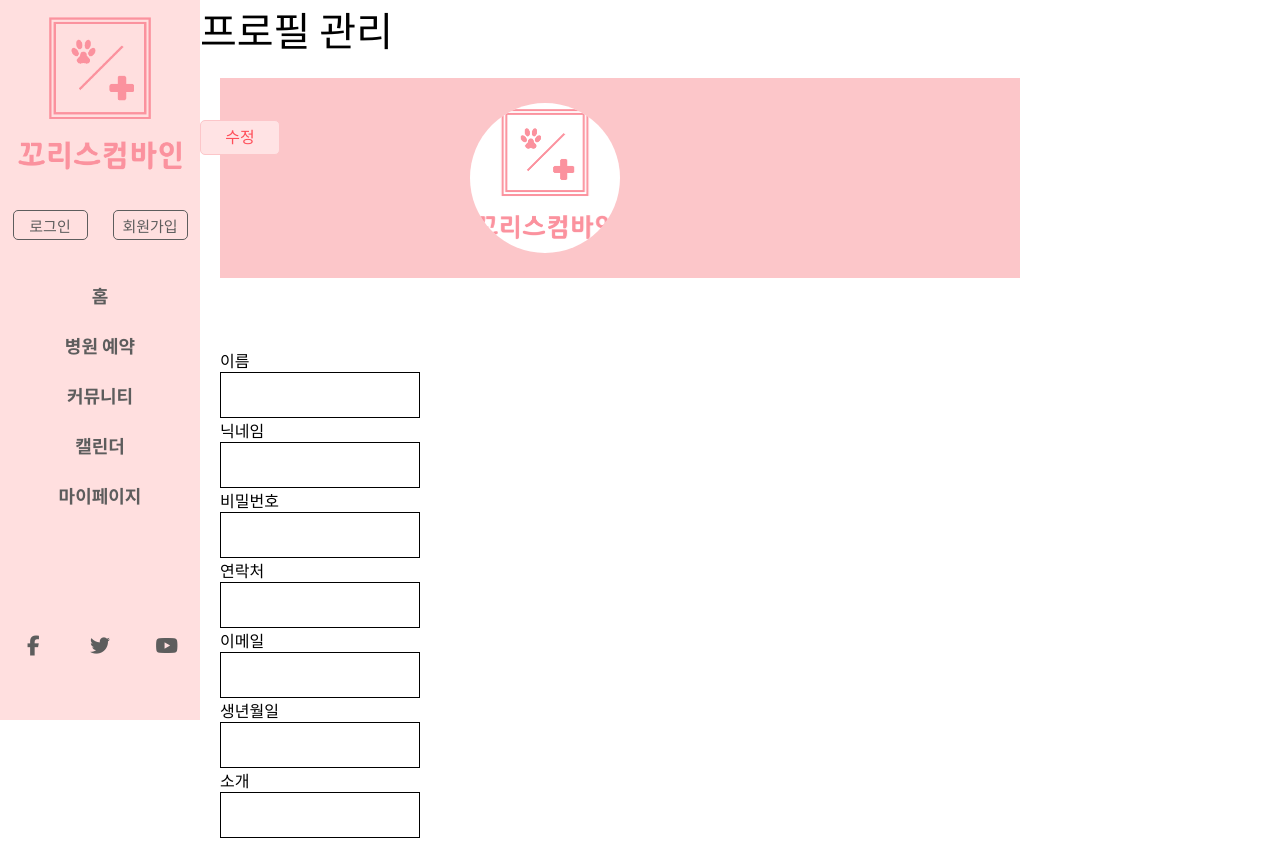
Repository: dodnam/kkoris
Page: http://localhost/1_kkoris/reservation2.jsp
The author's editor kept a copy of each file at every save. The page is drawn from the files as they stood at one save, then again after the next save.
The browser window is 1280 px wide. The pictures show the whole page.
Some web libraries are served in a nearby version. The page is served by Tomcat 9.

Above is the page before, as saved 2020-02-18 00:30:21.

### 1_kkoris/WebContent/reservation2.jsp
<%@ page language="java" contentType="text/html; charset=UTF-8"
    pageEncoding="UTF-8"%>
<!DOCTYPE html>
<html>
<head>
<meta charset="UTF-8">
<title>Insert title here</title>
<link rel="stylesheet" type="text/css" href="<%= request.getContextPath() %>/css/index.css"/>
<link rel="stylesheet" type="text/css" href="<%= request.getContextPath() %>/css/layout.css"/>
<style>
	.box_con{left:20px; width:800px; height:200px; background-color:#fcc6c9; position:absolute;}
	.box{width: 150px; height:150px; border-radius:70%; overflow:hidden; background-color:#fff;margin-top:25px;margin-left:250px;}
	.profile{width: 100%; height:100%; object-fit:cover; display:block; margin:0px auto;}
	.userTitle{font-size:40px; text-align:left; top:30px;}
	.submit{line-height: 30px; text-align: center; background-color: #ffe3e4; color:#ff4e59;border: 1px solid #fcc6c9; border-radius: 5px; width: 80px; height: 35px; position: absolute;left:50%;top:20px; outline:none;}
	.boxBody{position:absolute; top:250px;margin-left:20px;}
	.submitBody{position:absolute; top:100px; margin:auto;}
</style>
</head>
<body>
	<%@ include file="views/layout.jsp" %>
	<div class="container">
    	<div class="userTitle">
			프로필 관리
    	</div>

    	<div class="input-container">
    		<div class="box_con">
	    		<div class="box">
	    			<img class="profile" src="<%= request.getContextPath() %>/images/logo.png">
	    		</div>
    		</div>
		    <div class="boxBody">
				<div class="input-box">
					<p class="input-label">이름</p><input type="text">
	    			<p class="input-label">닉네임</p><input type="text">
	    			<p class="input-label">비밀번호</p><input type="password">
	    			<p class="input-label">연락처</p><input type="text">
	    			<p class="input-label">이메일</p><input type="email">
	    			<p class="input-label">생년월일</p><input type="text">
	    			<p class="input-label">소개</p><input type="text">
	    		</div>
	    	</div>
    	</div>

    	<div class="submitBody">
    		<div class="submit">수정</div>
    	</div>
	</div>
</body>
</html>

### 1_kkoris/WebContent/views/layout.jsp
<%@ page language="java" contentType="text/html; charset=UTF-8"
    pageEncoding="UTF-8"%>
<!DOCTYPE html>
<html>
<head>
<meta charset="UTF-8">
<title>Insert title here</title>
<link href="https://fonts.googleapis.com/css?family=Noto+Sans+KR&display=swap" rel="stylesheet">
<script src="https://kit.fontawesome.com/18fd811fa1.js" crossorigin="anonymous"></script> <!-- sns아이콘 -->
<link rel="stylesheet" type="text/css" href="<%= request.getContextPath() %>/css/layout.css"/> <!-- 작성할 css를 연결 -->
</head>
<body>
	<header><!-- 헤더 -->
		<h1 class="logo"></h1>
		<nav>
      		<div class="login">
	        	<div><a href="#">로그인</a></div>
	        	<div><a href="#">회원가입</a></div>
	      	</div>
	      	<ul id="navigator">
	        	<li id="nav-home">
	         		<a href="#"><span>홈</span></a>
	         	</li>
	         	<li id="nav-hospital">
	         		<span>병원 예약</span>
         			<ul class="nav2-hospital" id="nav2-hospital">
         				<li><a href="#">병원 검색</a></li>
	         			<li><a href="#">예약 확인</a></li>
	         			<li><a href="#">병원 후기</a></li>
         			</ul>
	         	</li>
	         	<li id="nav-community">
	         		<span>커뮤니티</span>
         			<ul class="nav2-community" id="nav2-community">
	         			<li><a href="#">공지사항</a></li>
	         			<li><a href="#">후기 모아보기</a></li>
	         			<li><a href="#">지식 공유</a></li>
         			</ul>
	         	</li>
	         	<li id="nav-calendar">
	         		<a href="#"><span>캘린더</span></a>
	         	</li>
	         	<li id="nav-mypage">
	         		<span>마이페이지</span>
	         		<ul class="nav2-mypage" id="nav2-mypage">
		         		<li><a href="#">내 정보</a></li>
		         		<li><a href="#">예약 조회</a></li>
		         		<li><a href="#">포인트샵</a></li>
		         		<li><a href="#">내가 쓴 글 조회</a></li>
	         		</ul>
	         	</li>
	      	</ul>
		<dl>
	    	<dt class="blind">sns</dt>
	        <dd><a href="#"><i class="fab fa-facebook-f"></i></a></dd>
	        <dd><a href="#"><i class="fab fa-twitter"></i></a></dd>
	        <dd><a href="#"><i class="fab fa-youtube"></i></a></dd>
		</dl>
		</nav>
	</header>
	<footer></footer>
</body>
</html>

### 1_kkoris/WebContent/css/index.css
@charset "UTF-8";
/* 컨테이너 */
div.container{position: absolute; top:0; left:0; padding-left:200px; height:100%; width:100%; box-sizing:border-box;}
/* 섹션이 현재 1개이기 때문에 100% 2개면 200%, 3개면 300% */
/* 참고	section:nth-of-type(1) {section 중 첫번째 section에 접근} */
section.main {position:relative; height:100%; width:100%; background: url(../images/main-bg.jpg) no-repeat center center; background-size: contain;}
section.main > article.quickMenu > ul {position: absolute; top:calc(50% - 50px); left:calc(50% - 25%); width: 50%; height: 100px; display: flex;}
section.main > article.quickMenu {position: relative; width: 100%; height: 100%; background: rgba(0, 0, 0, 0.2);}
section.main > article.quickMenu > ul > li {width: 25%; height:100px;}
section.main > article.quickMenu > ul > li > a {color: #5d5d5d; display:block; font-size: 5em; text-align:center;}
section.main > article.quickMenu > ul > li > a > span {display: block; font-size: 15px;}
section.main > article.quickMenu > ul > li > a:hover {color: #fb929e;}

### 1_kkoris/WebContent/css/layout.css
@charset "UTF-8";
* {margin: 0; padding: 0; font-family: 'Noto Sans KR', sans-serif;}
*, *:before, *:after {box-sizing: border-box;}
html, body {width: 100%; height: 100%;}
table{border-collapse: collapse;}
img,fieldset{border: none;}
ol,ul{list-style: none;}
h1,h2,h3,h4,h5,h6{font-weight: normal; font-size: 100%;}
q:after,q:before{content: "";}
abbr,acronym{border:none;} /* 축약어 */
img,input,select{vertical-align: middle;}
hr{display: none;}
a {text-decoration: none; color: #000;}
header {position: fixed; width: 200px; height: 100%; background: #ffdfdf; z-index: 30;}
input{outline: none; background: none;}
.blind{position: absolute;left: 0;top: 0;width: 0;height: 0;font-size: 0;line-height: 0;text-indent: -9999px;overflow: hidden;visibility: hidden;}
.displaynone{display: none;}

/* input타입 1 (커서유입에 따른 스타일 변화)
	<div class="input-container"><label class="input-label">아이디</label><input type=""></div>
*/
div.input-container {position: relative; display: block; margin: 20px 0;}
div.input-container > input {width: 100%; height: 40px; line-height: 40px; font-size: 16px; border: none; border-bottom: 1px solid #5d5d5d;}
div.input-container.focus > input:focus {border-bottom: 1px solid #fb929e;}
label.input-label {position: absolute; font-size: 16px; transform: translateY(10px); color: #5d5d5d; transition: transform 0.2s ease; z-index: -1;}
div.input-container.focus > label.input-label {font-size: 12px; transform: translateY(-5px); text-transform: uppercase;}
div.input-container.focus.on > label.input-label {color: #fb929e;}

/* input타입 2 (박스형)
	<div class="input-box"><p class="input-label">라벨명</p><input type=""></div>
*/
div.input-box {position: relative; display: block; margin: 20px 0;}
div.input-box > input {width: 100%; padding: 10px; font-size: 16px; border: 1px solid #000;}
p.input-label {font-size: 16px; color: #000;}
p.input-info {font-size: 14px; color: #5d5d5d;}

/* input radio
	<input type="radio" name="test"><label class="radioLabel">라벨명1</label>
	<input type="radio" name="test"><label class="radioLabel">라벨명2</label>
*/
input[type=radio] {display: none;}
label.radioLabel {display: inline-block; position: relative; padding: 0 30px; cursor: pointer; line-height: 18px;}
label.radioLabel:before, label.radioLabel:after {position: absolute; border-radius: 50%; content: '';}
label.radioLabel:before {left: 0; top: 0; width: 18px; height: 18px; border: 2px solid #000;}
label.radioLabel:after {top: 5px; left: 5px; width: 8px; height: 8px; background: #fb929e; transform: scale(0);}
input[type="radio"]:checked + label.radioLabel:before {border-color: #fb929e; }
input[type="radio"]:checked + label.radioLabel:after {transform: scale(1);}

/* input submit
	<form>에서 submit되는 버튼을 위한 css (단, 검색 등의 다른 버튼은 blue베이스 스타일로 사용)
*/
div.input-submit {display: block; text-align: center; padding: 15px;}
input[type="submit"] {min-width: 50px; height: 30px; cursor: pointer; background: #ffdfdf; color: #5d5d5d; font-size: 14px; font-weight: 600; border: none; border-radius: 5px;}
input[type="submit"]:hover {background: #fb929e; color: #fff;}

/* select 옵션  */
div > select {font-size: 10pt; width: 100px; padding: .7em .5em; font-family: inherit; background: url(https://farm1.staticflickr.com/379/19928272501_4ef877c265_t.jpg) no-repeat 95% 50%; -webkit-appearance: none; -moz-appearance: none; appearance: none; outline:none; border:1px solid #5d5d5d;}

/* input 검색 (class="search_input") */
div > span > input.search_input{width: 250px;  padding: 12px 24px; font-size: 14px; line-height: 18px; color: #575756; background-size: 18px 18px; border-radius: 50px; border: 1px solid #5d5d5d; backface-visibility: hidden; right:20px; outline:none;}


/* 영역
	<div class="container">		// 아래css 외에 특정 스타일을 주어야할 때, 클래스를 추가로 부여하여 사용했음 (ex. class="container login")
		<div class="contents">
			구현 영역
		</div>
	</div>
*/
div.container {position: absolute; top:0; left:0; padding-left:200px; width: 100%; height: 100%; margin: 0 auto; box-sizing: border-box;}
div.contents {position:relative; margin: 0 auto;}
div.contents > h2 {font-weight: 700; font-size: 30px; color: #000; padding: 15px 0; text-align: center;}


/** 헤더 **/
h1.logo {
	text-indent: -9999px; overflow: hidden; width: 180px; height: 180px;
	margin: 10px auto; /* auto는 중앙에 놓음 */
	background: url(../images/logo.png) no-repeat; background-size: contain; /*contain = h1 사이즈에 맞춤*/
}
nav > div.login {display: flex; justify-content:space-around; font-size: 15px;}
				/*블락요소로 가로 정렬 함*/
nav > div.login > div {width: 75px; height: 30px;} /* 위 아래 마진, 좌 우 마진*/
nav > div.login > div > a {display: block; width: 100%; height: 100%; line-height: 30px; text-align: center; border: 1px solid #5d5d5d; border-radius: 5px;}
nav > div.login > div > a:hover {color: #fb929e; border: none; background: #fff6f6; font-weight: 600}

/* 메뉴 */
nav {margin-top: 20px;}
nav * {color: #5d5d5d;}
nav > ul {margin-top: 30px; text-align: center;}
nav > ul > li {width: 100%;}
nav > ul > li:hover {background: #fff6f6;}
nav > ul > li span {display:block; width: 100%; height: 100%; line-height: 50px; font-size: 18px; font-weight: 600; border-radius: 10px; cursor: pointer;}
nav > ul > li span:hover {color: #fb929e;}

nav > ul > li > ul[class^=nav2] {display: none;}
nav > ul > li > ul[class^=nav2] > li > a {display: block; line-height: 40px; font-size: 16px;}
nav > ul > li > ul[class^=nav2] > li > a:hover {color: #fb929e; font-weight: 600;}

nav > ul > li:hover > ul[class^=nav2] {display: block;}

/* sns */
nav > dl {position:absolute; bottom:50px; width:100%; height:50px; display:flex; justify-content:space-around;}
nav > dl > dd {width:50px; text-align:center;}
nav > dl > dd > a {display: block; width: 100%; height:100%; font-size:20px; line-height:50px; transition:all 0.2s ease 0s;}
nav > dl > dd > a:hover {font-size:25px;}

footer {position: fixed; bottom: 10px;}

After the next save:
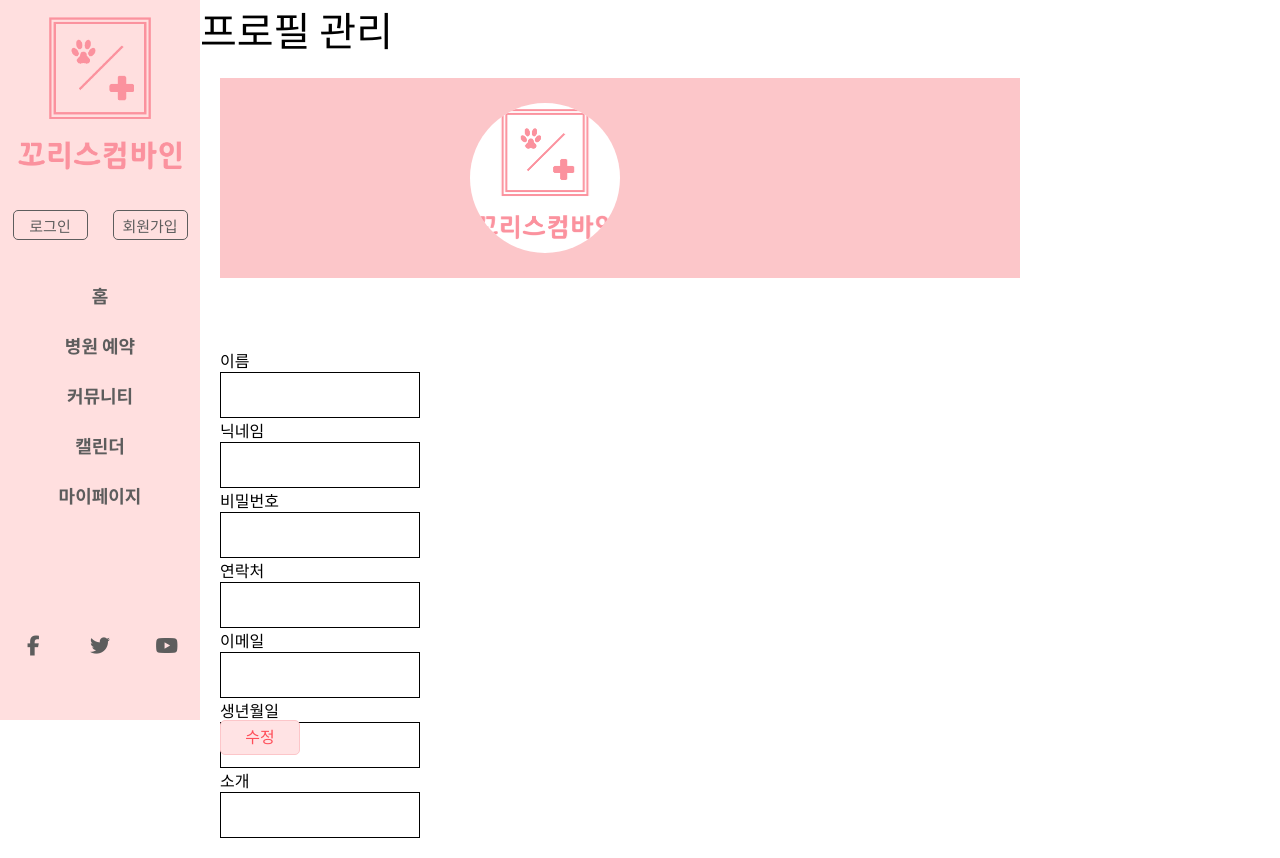
Saved 15 s later.
--- a/1_kkoris/WebContent/reservation2.jsp
+++ b/1_kkoris/WebContent/reservation2.jsp
@@ -14,7 +14,7 @@
 	.userTitle{font-size:40px; text-align:left; top:30px;}
 	.submit{line-height: 30px; text-align: center; background-color: #ffe3e4; color:#ff4e59;border: 1px solid #fcc6c9; border-radius: 5px; width: 80px; height: 35px; position: absolute;left:50%;top:20px; outline:none;}
 	.boxBody{position:absolute; top:250px;margin-left:20px;}
-	.submitBody{position:absolute; top:100px; margin:auto;}
+	.submitBody{position:absolute; top:700px; margin-left:20px; }
 </style>
 </head>
 <body>
